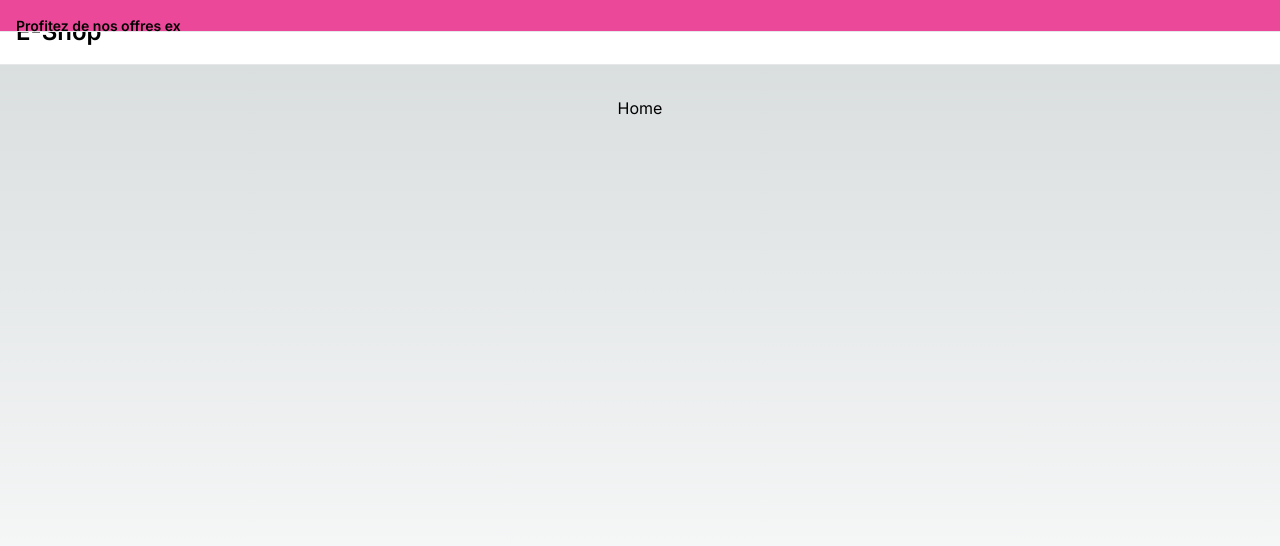
Repository: SDlevelUp/e-shop
Page: /
These files come from the project's save history. The page is drawn as it stood at one moment and after a run of saves; the edit follows.
The browser window is 1280 px wide. The pictures show the whole page.
The project was rebuilt for these pictures with package versions that can differ from the ones it lists, and the page was loaded fresh each time. The framework's server and built-in components were replaced by stand-ins that run in the browser. Also part of the build but not shown: next.config.js.

Above is the page before, as saved 2023-08-29 08:59:24.

### src/app/layout.js
import './globals.css'
import { Inter } from 'next/font/google';
import Navbar from '@/components/Navbar/Navbar';
import GlobalState from '@/context';
import Banner from '@/components/Banner/Banner';
const inter = Inter({ subsets: ['latin'] })

export const metadata = {
  title: 'E-Shop, votre boutique en ligne',
  description: 'Generated by create next app',
};

export default function RootLayout({ children }) {
  return (
    <html lang="en">
      <head>
        <meta charSet="UTF-8" />
        <meta name="viewport" content="width=device-width, initial-scale=1.0" />
        <title>{metadata.title}</title>
        <meta name="description" content={metadata.description} />
      </head>
      <body className={inter.className}>
        <GlobalState>
          <Banner />
          <Navbar />
          <main>{children}</main>
        </GlobalState>
      </body>
    </html>
  )
}

### src/app/page.js
import React from 'react';

function Home() {
  return (
    <main className="flex min-h-screen flex-col items-center justify-between p-24">
      <div>
        <h1>Home</h1>
      </div>
    </main>
  );
}

export default Home;

### src/components/Navbar/Navbar.jsx
"use client";

export default function Navbar() {
    return (
        <>
            <nav className="bg-white fixed w-full top-0 left-0 border-b border-gray-200">
                <div className="max-w-screen-xl flex flex-wrap items-center justify-between mx-auto p-4">
                    <div className="flex items-center cursor-pointer">
                        <span className="self-center text-2xl font-semibold whitespace-nowrap">
                            E-Shop
                        </span>
                    </div>
                    <div className="flex md:order-2"></div>
                </div>
            </nav >
        </>
    );
}

### src/context/index.js
"use client";

import { createContext } from 'react';

export const GlobalContext = createContext(null);

export default function GlobalState({ children }) {
    return (
        <GlobalContext.Provider value={{}}>{children}</GlobalContext.Provider>
    )
}

### src/components/Banner/Banner.jsx
"use client";

export default function Banner() {
    return (
        <>
            <nav className="bg-pink-500 z-20 fixed w-full top-0 left-0 border-b border-gray-200 h-8">
                <div className="max-w-screen-xl flex flex-wrap items-center justify-between mx-auto p-4">
                    <span className="self-center text-sm font-semibold whitespace-nowrap">

                    Profitez de nos offres ex


                    </span>

                </div>
            </nav >
        </>
    );
}

Loaded but not shown: src/app/globals.css (common file); tailwind.config.js (common file)

After the next 6 saves:
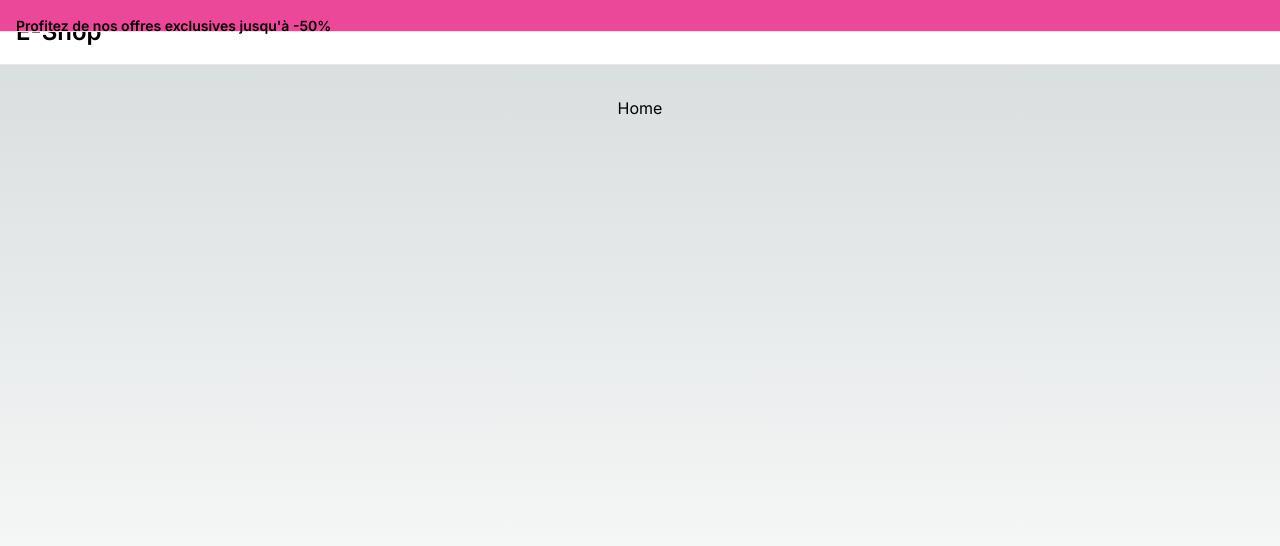
The 6 saves are shown as one change because they came seconds apart.
The last was saved 13 s later.
--- a/src/components/Banner/Banner.jsx
+++ b/src/components/Banner/Banner.jsx
@@ -7,7 +7,7 @@ export default function Banner() {
                 <div className="max-w-screen-xl flex flex-wrap items-center justify-between mx-auto p-4">
                     <span className="self-center text-sm font-semibold whitespace-nowrap">
 
-                    Profitez de nos offres ex
+                    Profitez de nos offres exclusives jusqu'à -50%
 
 
                     </span>
